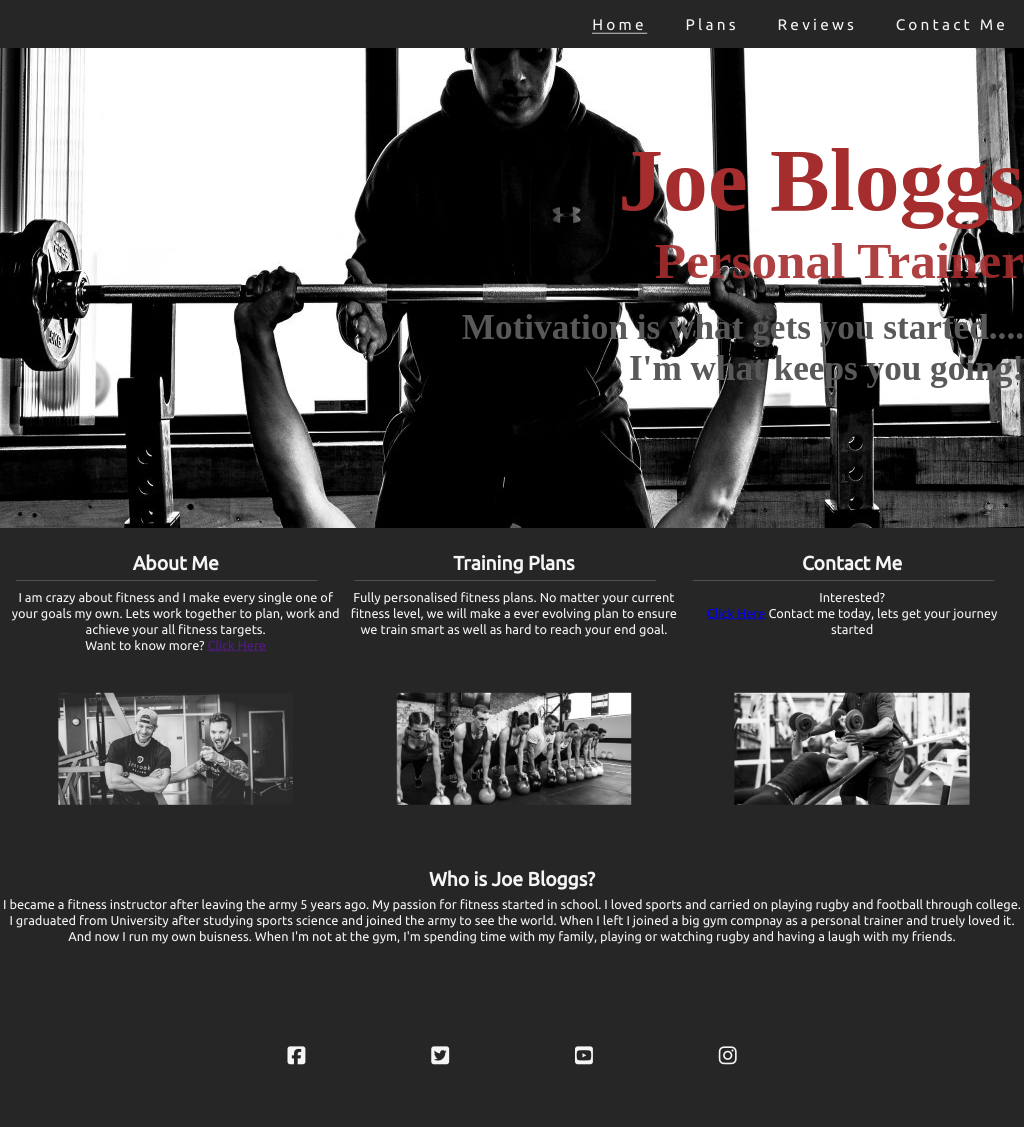
Repository: ClaireRoberts1403/Joe-Bloggs-Personal-Trainer
Page: html/index.html
The author's editor kept a record of every edit. The page is drawn from the files as they stood at one moment, then again after the next edit.
The browser window is 1280 px wide. The pictures show the whole page, at 80% of full size.
Some web fonts or font styles are not loaded; a fallback is used. Some web libraries are served in a nearby version.

Above is the page before.

After the next edit:
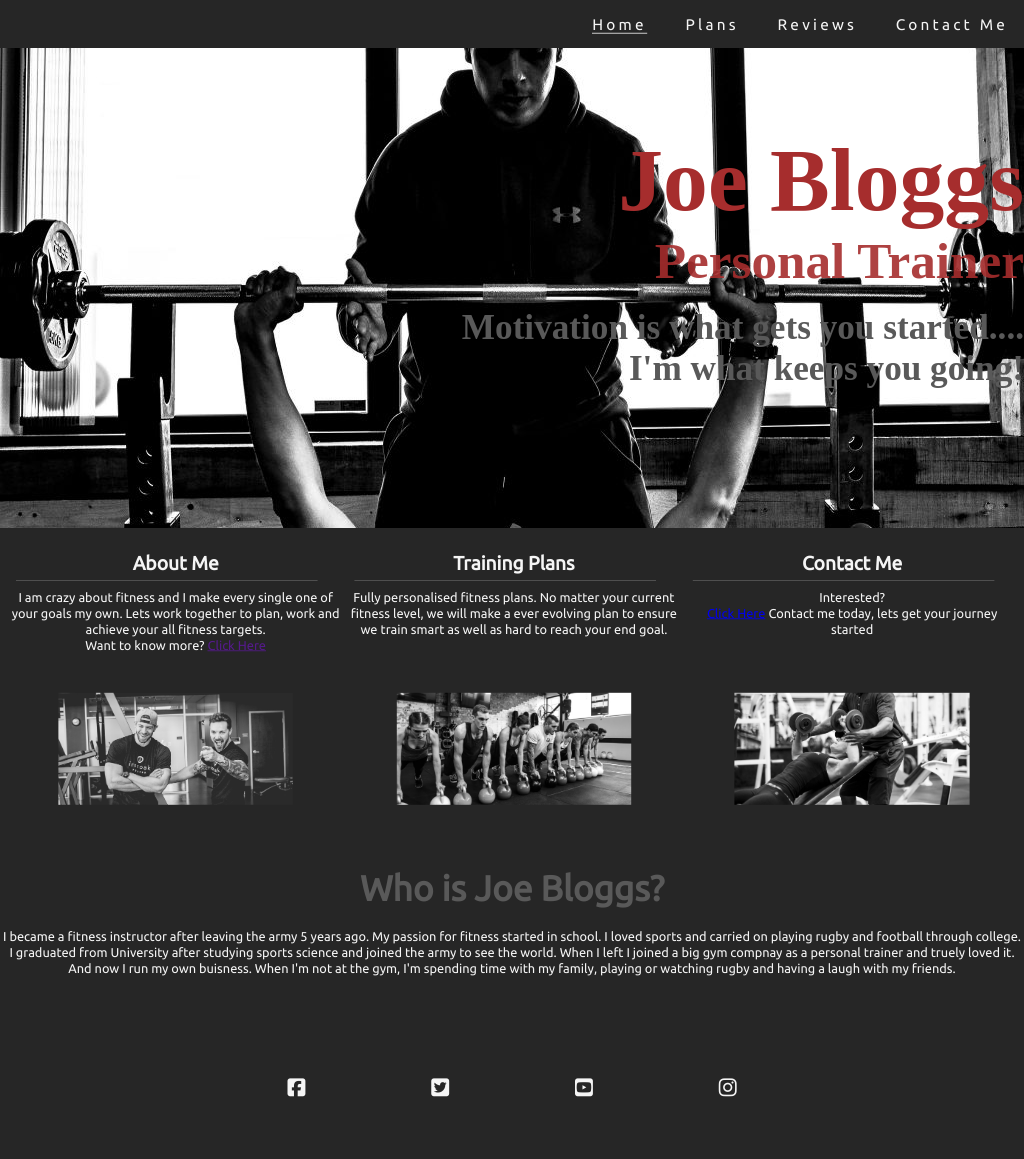
The edit:
--- a/assets/style.css
+++ b/assets/style.css
@@ -196,6 +196,12 @@
 
 .history h1 {
     padding: 10px;
+    font-size: 275%;
+    color: #595959;
+    padding-top: 20px;
+    padding-bottom: 20px;
+    text-align: center;
+    margin-bottom: 20px;
 }
 
 /*
